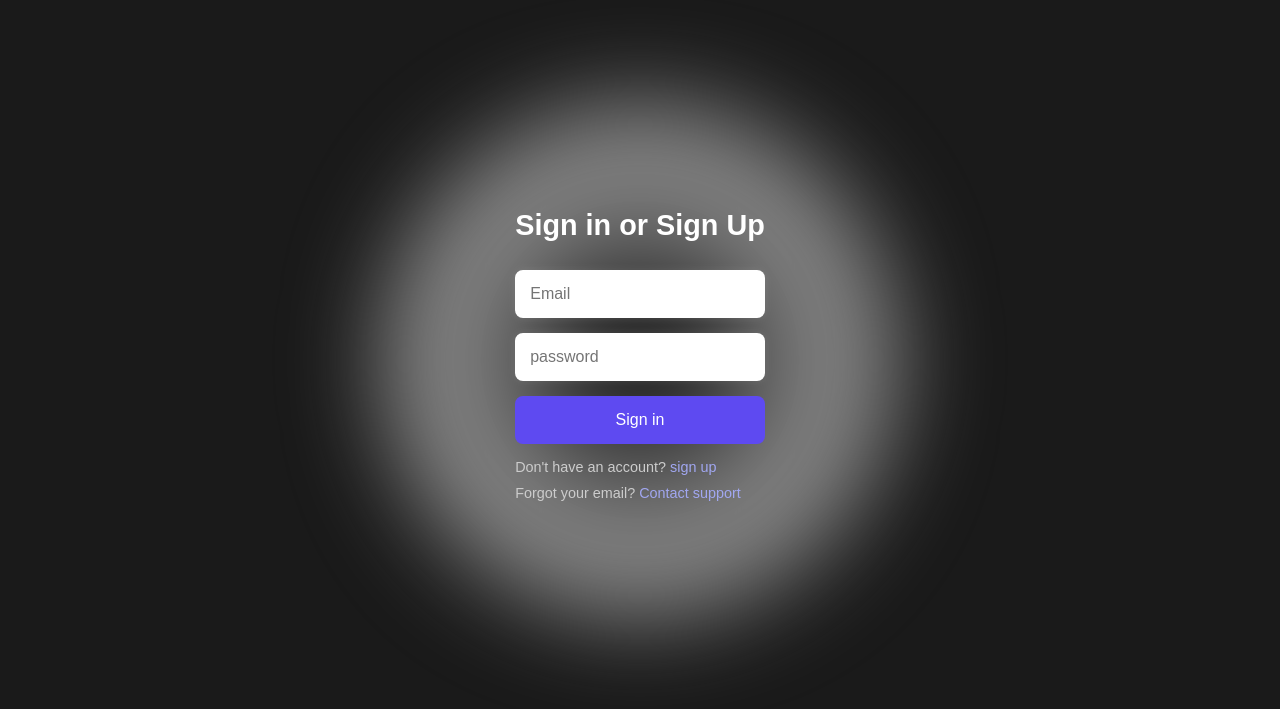
Repository: cmd-keyu/mobileppsh
Page: pages/login.html
These files come from the project's save history. The page is drawn as it stood at one moment and after a run of saves; the edit follows.
The browser window is 1280 px wide. The pictures show the whole page.

Above is the page before, as saved 2024-11-12 00:14:12.

### pages/login.html
<!DOCTYPE html>
<html lang="en">
<head>
  <meta charset="UTF-8">
  <meta name="viewport" content="width=device-width, initial-scale=1.0">
  <title>Sign In Form</title>
  <link rel="stylesheet" href="../css/login.css">
  <script src="../javascript/login.js" defer></script>
</head>
<body>
  <div class="container">
    <div class="glow-box">
      <h2 style="color: white;">Sign in or Sign Up</h2>
      <br>
      <!-- <p>All that is required is only your email for sign-up or sign-in!!</p> -->
      <form action="account.html">
        <div class="sign-up">
            <input type="text" placeholder="name" class="disabled-btn">
            <br>
            <br>
            <input type="text" placeholder="address (Optional)">
            <br>
            </div>
        <input type="email" placeholder="Email" required>
        <input type="password" placeholder="password" required>
        <button type="submit" class="sign-in-btn-hide">Sign in</button>
        <button type="submit" class="sign-up-btn-hide">Sign up</button>
      </form>
      <div class="support">
        <p class="sign-up-text-hide">Don't have an account? <label for="sign-up-btn" class="colorsnup">sign up</label><button class="sign-up-btn hide-btn2" id="sign-up-btn">sign up</button></p>
        <p class="sign-in-text-hide">Already have an account? <label for="sign-in-btn" class="colorsnup">sign in</label><button class="sign-in-btn hide-btn2" id="sign-in-btn">sign in</button></p>
        <p>Forgot your email? <a href="#">Contact support</a></p>
      </div>
    </div>
  </div>
</body>
</html>

### css/login.css
* {
    margin: 0;
    padding: 0;
    box-sizing: border-box;
    font-family: Arial, sans-serif;
  }

  body {
    display: flex;
    justify-content: center;
    align-items: center;
    height: 100vh;
    background-color: #1a1a1a;
  }

  .container {
    display: flex;
    justify-content: center;
    align-items: center;
    height: 100%;
  }

  .glow-box::before {
    content: '';
    position: absolute;
    top: 50%;
    left: 50%;
    width: 500px;
    height: 500px;
    background: radial-gradient(circle, black, white);
    transform: translate(-50%, -50%);
    z-index: -1;
    border-radius: 50%;
    filter: blur(50px);
  }

  h2 {
    font-size: 1.8em;
    margin-bottom: 10px;
  }
  label:hover{

    text-decoration: underline;

  }

  p {
    margin-bottom: 10px;
    font-size: 0.9em;
    color: #ccc;
  }

  form {
    display: flex;
    flex-direction: column;
    gap: 15px;
  }

  input[type="email"] {
    padding: 15px;
    font-size: 1em;
    border: none;
    border-radius: 8px;
    outline: none;
    width: 100%;
    box-shadow: 0 0 8px rgba(255, 255, 255, 0.1);
  }
  input[type="password"] {
    padding: 15px;
    font-size: 1em;
    border: none;
    border-radius: 8px;
    outline: none;
    width: 100%;
    box-shadow: 0 0 8px rgba(255, 255, 255, 0.1);
  }

  input[type="text"] {
    padding: 15px;
    font-size: 1em;
    border: none;
    border-radius: 8px;
    outline: none;
    width: 100%;
    box-shadow: 0 0 8px rgba(255, 255, 255, 0.1);
  }

  button {
    padding: 15px;
    font-size: 1em;
    background-color: #5e4af1;
    color: #fff;
    border: none;
    border-radius: 8px;
    cursor: pointer;
    transition: background 0.3s;
  }

  button:hover {
    background-color: #4a3bdb;
  }

  .support {
    margin-top: 15px;
  }

  .support a {
    color: #a1a7f1;
    text-decoration: none;
  }

  .support a:hover {
    text-decoration: underline;
  }

  .sign-up{
    display: none;
  }

  .colorsnup{
    color: #a1a7f1;
  }

  .sign-up-btn-hide{
    display: none;
  }

  .hide-btn2{
    display: none;
  }

  .sign-in-text-hide{
    display: none;
  }

### javascript/login.js

const sign_up = document.querySelector('.sign-up')
const sign_up_btn = document.querySelector('.sign-up-btn')
const sign_in_btn = document.querySelector('.sign-in-btn')
const sign_in_btn_hide = document.querySelector('.sign-in-btn-hide')
const sign_up_btn_hide = document.querySelector('.sign-up-btn-hide')
const sign_in_text_hide = document.querySelector('.sign-in-text-hide')
const sign_up_text_hide = document.querySelector('.sign-up-text-hide')
const disabled_btn = document.querySelector('.disabled-btn')

sign_up_btn.addEventListener("click", () => {

  sign_up.style.display = 'block'
  sign_in_btn_hide.style.display = 'none'
  sign_up_btn_hide.style.display = 'block'
  sign_in_text_hide.style.display = 'block'
  sign_up_text_hide.style.display = 'none'
  disabled_btn.setAttribute('required', true)

})

sign_in_btn.addEventListener("click", () => {

  sign_up.style.display = 'none'
  sign_in_btn_hide.style.display = 'block'
  sign_up_btn_hide.style.display = 'none'
  sign_in_text_hide.style.display = 'none'
  sign_up_text_hide.style.display = 'block'
  disabled_btn.setAttribute('required', false)

})

After the next 2 saves:
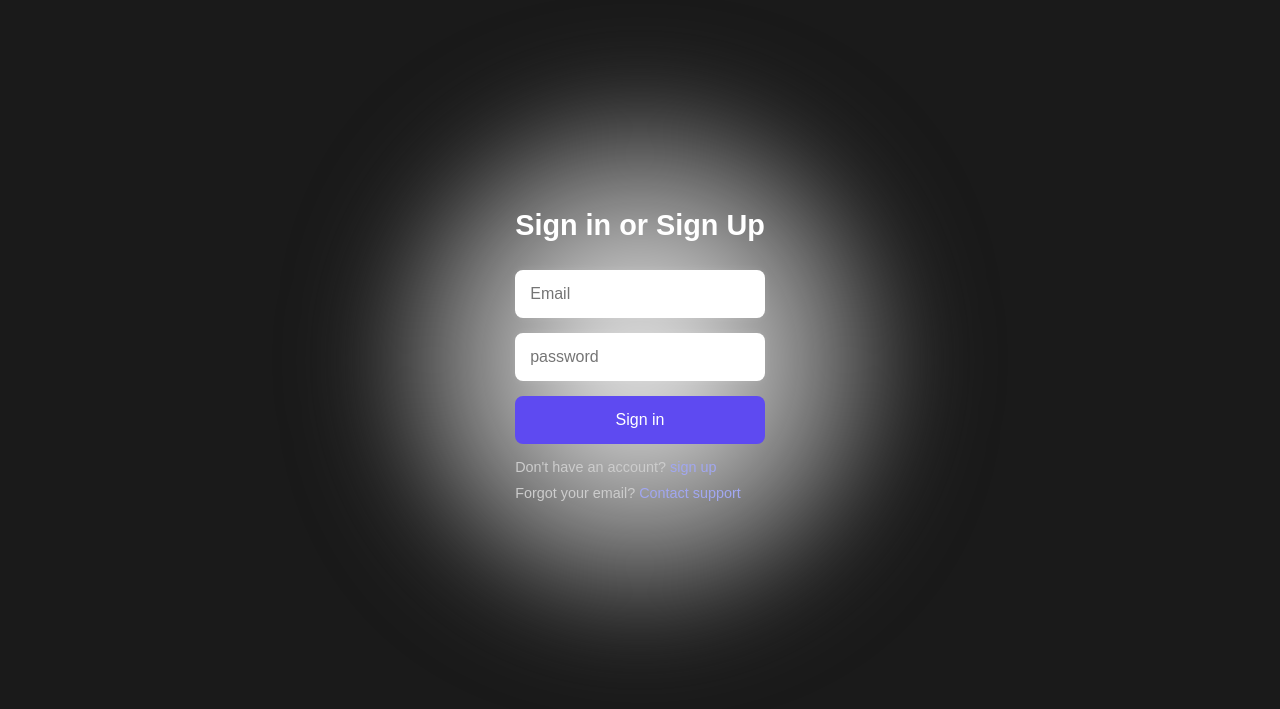
The 2 saves are shown as one change because they came seconds apart.
The last was saved 66 s later.
--- a/css/login.css
+++ b/css/login.css
@@ -27,7 +27,7 @@
     left: 50%;
     width: 500px;
     height: 500px;
-    background: radial-gradient(circle, black, white);
+    background: radial-gradient(circle, white, black);
     transform: translate(-50%, -50%);
     z-index: -1;
     border-radius: 50%;

After the save that followed:
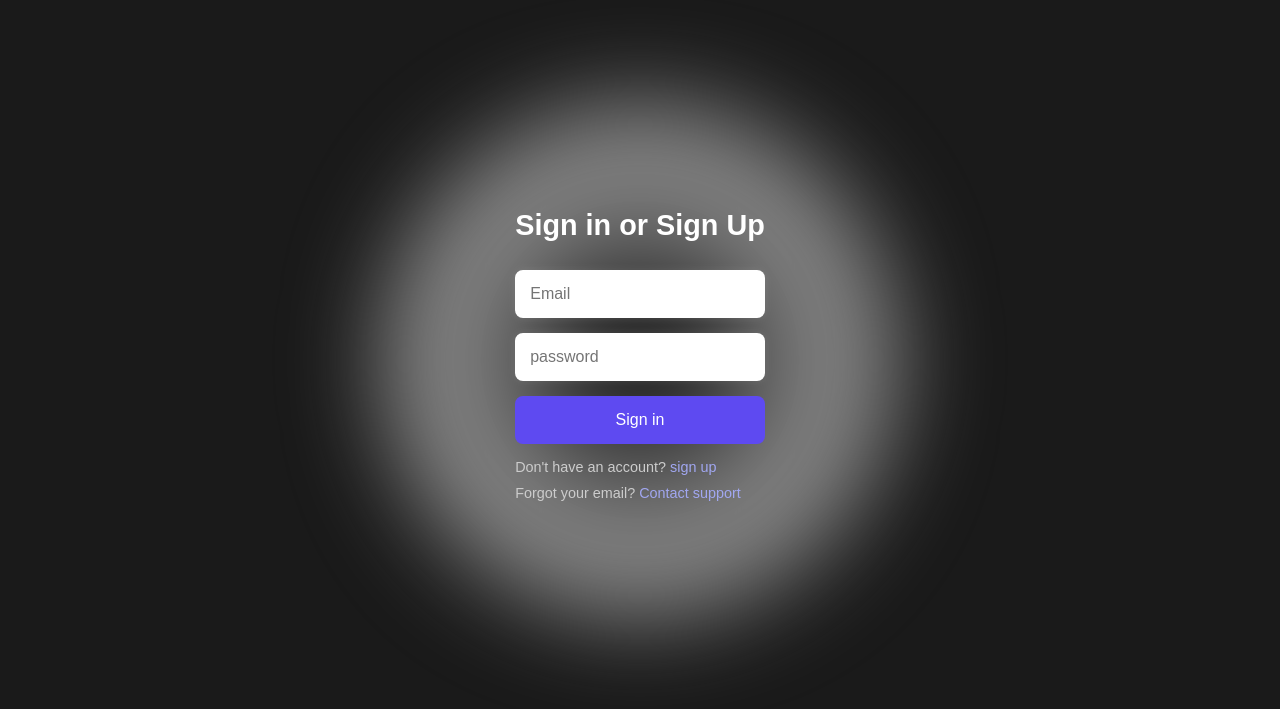
Saved 12 s later.
--- a/css/login.css
+++ b/css/login.css
@@ -27,7 +27,7 @@
     left: 50%;
     width: 500px;
     height: 500px;
-    background: radial-gradient(circle, white, black);
+    background: radial-gradient(circle, black, white);
     transform: translate(-50%, -50%);
     z-index: -1;
     border-radius: 50%;
